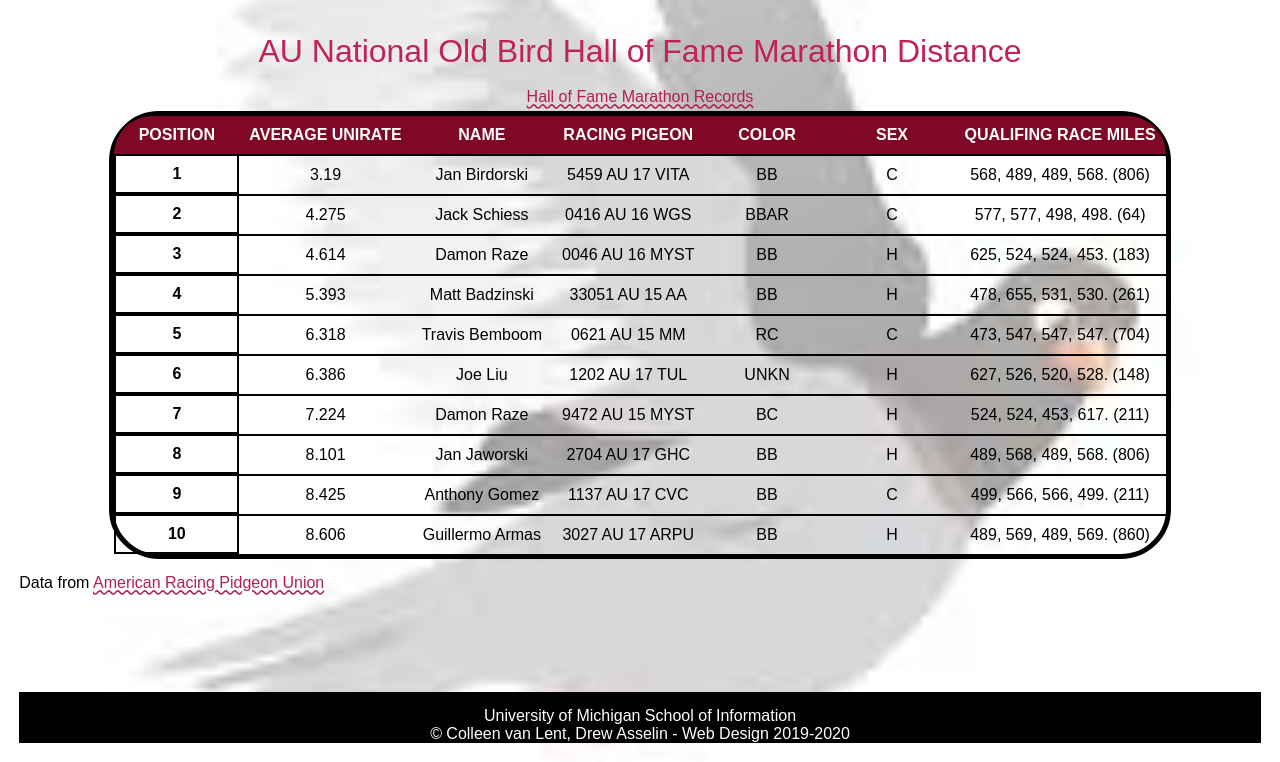
Repository: jiaqili0803/SI_539
Page: hw4-2021-main/hw4-2021-main/index.html
An editor plug-in stored every save of this project. The page is shown before and after the next save, followed by the edit.
The browser window is 1280 px wide. The pictures show the whole page.
Some web fonts or font styles are not loaded; a fallback is used.

Above is the page before, as saved 2021-10-02 18:10:41.

After the next save:
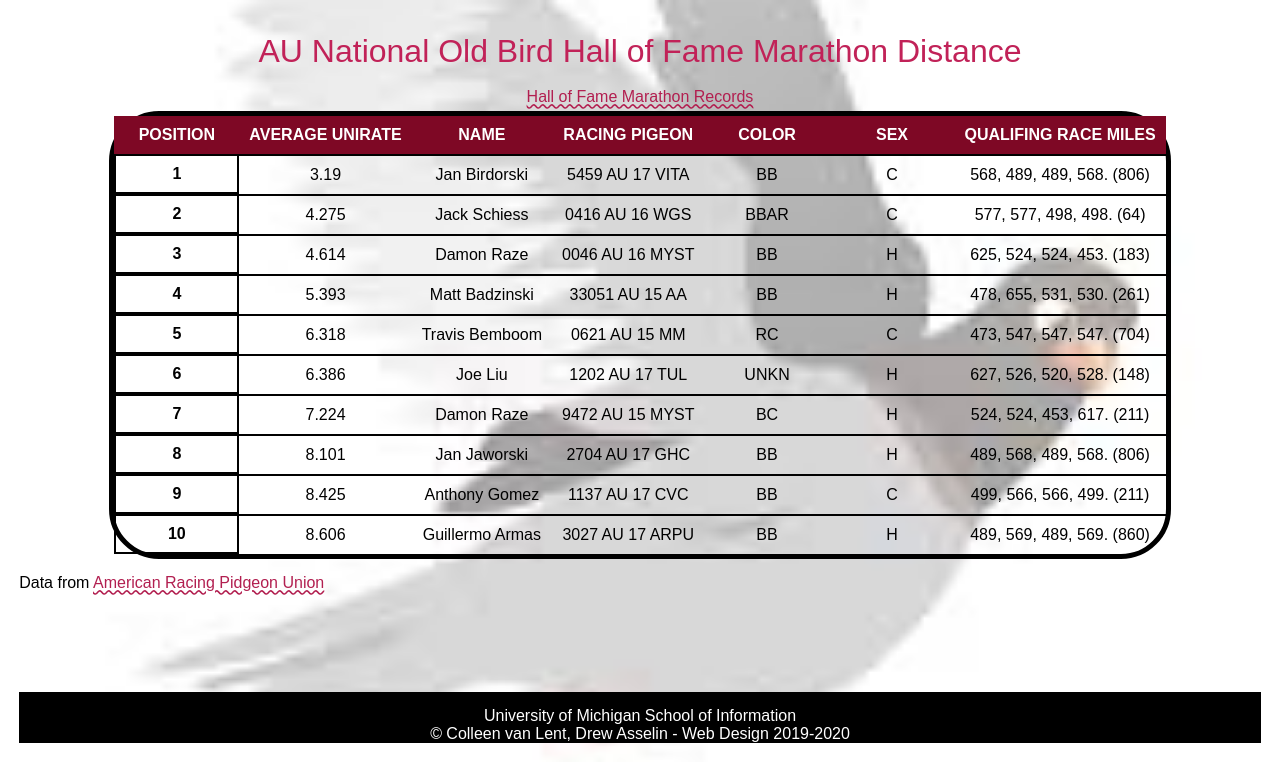
Saved 95 s later.
--- a/hw4-2021-main/hw4-2021-main/css/style.css
+++ b/hw4-2021-main/hw4-2021-main/css/style.css
@@ -112,15 +112,15 @@ table{
 
 /* I gave you the selector, but not the property-value pair.
 You can use Inspect Element or your editor to find selectors. */
-thead .colhead:first-child{
+thead tr:first-child{
   border-top-left-radius: 50px;
 }
 
-thead .colhead:last-child{
+thead tr:last-child{
   border-top-right-radius: 50px;
 }
 
-tbody .rowhead:last-child{
+tbody tr:last-child{
   border-bottom-left-radius: 50px;
 
 
